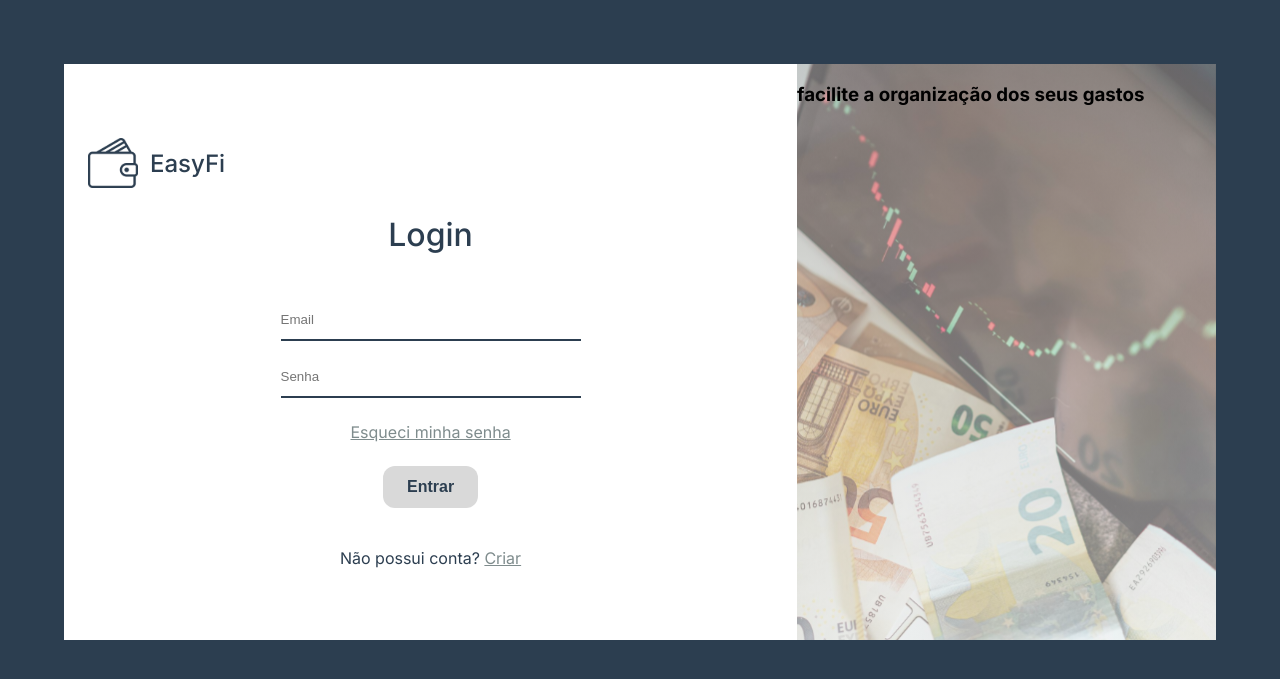
Repository: Ingridiag/projeto-engenharia
Page: login.html
An editor plug-in stored every save of this project. The page is shown before and after the next save, followed by the edit.
The browser window is 1280 px wide. The pictures show the whole page.

Above is the page before, as saved 2024-10-28 17:37:47.

After the next save:
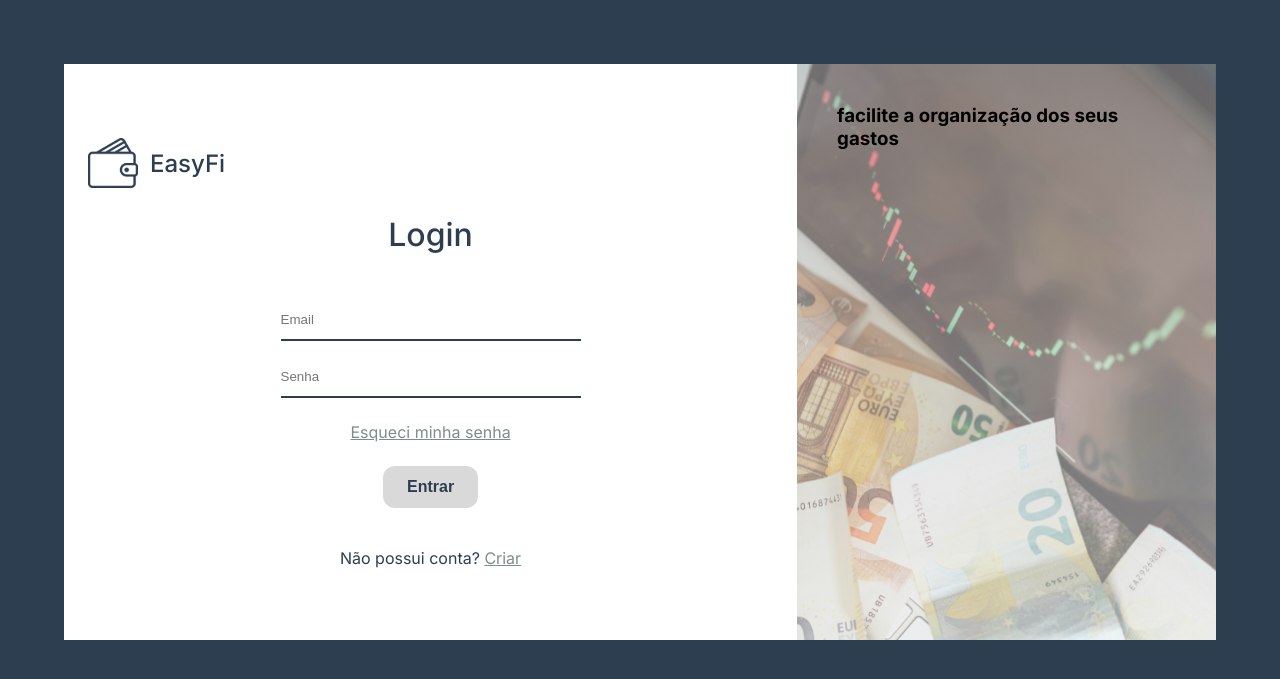
Saved 5 s later.
--- a/style.css
+++ b/style.css
@@ -112,7 +112,7 @@
 
 }
 .decor h3{
-    margin: ;
+    margin: 40px;
 }
 
 .cadastro {

After the 2 saves that followed:
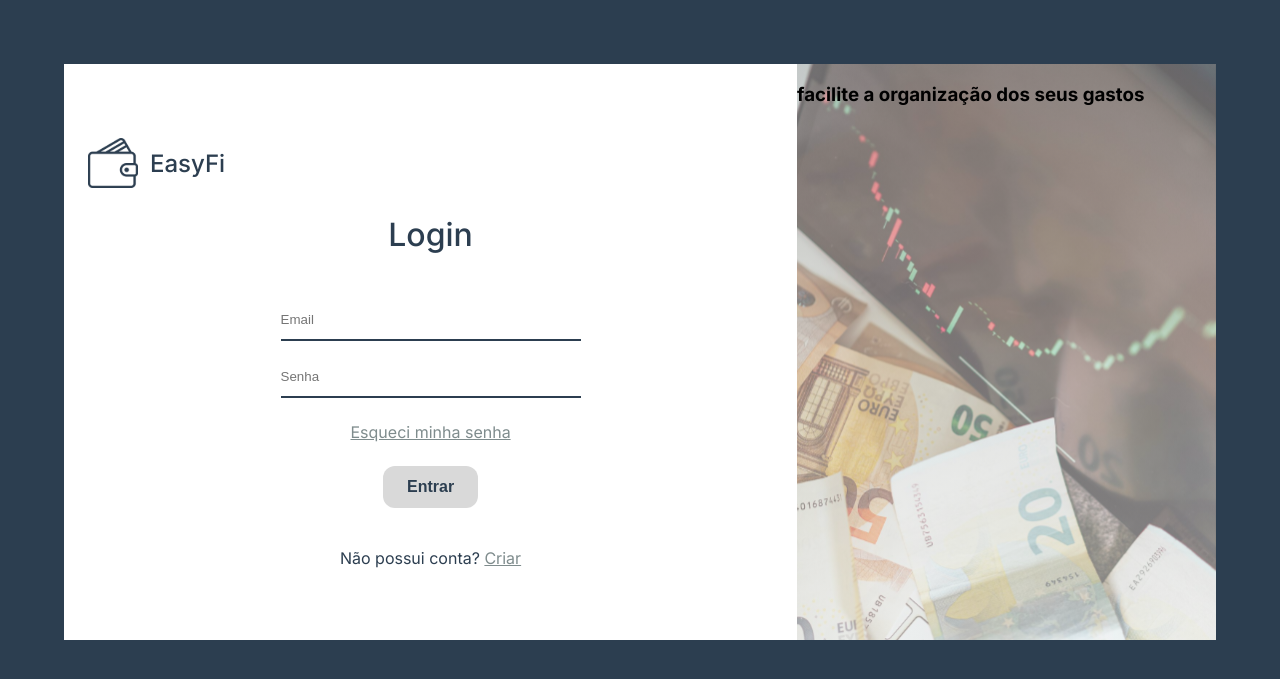
The 2 saves are shown as one change because they came seconds apart.
The last was saved 23 s later.
--- a/style.css
+++ b/style.css
@@ -112,7 +112,7 @@
 
 }
 .decor h3{
-    margin: 40px;
+    alin
 }
 
 .cadastro {
